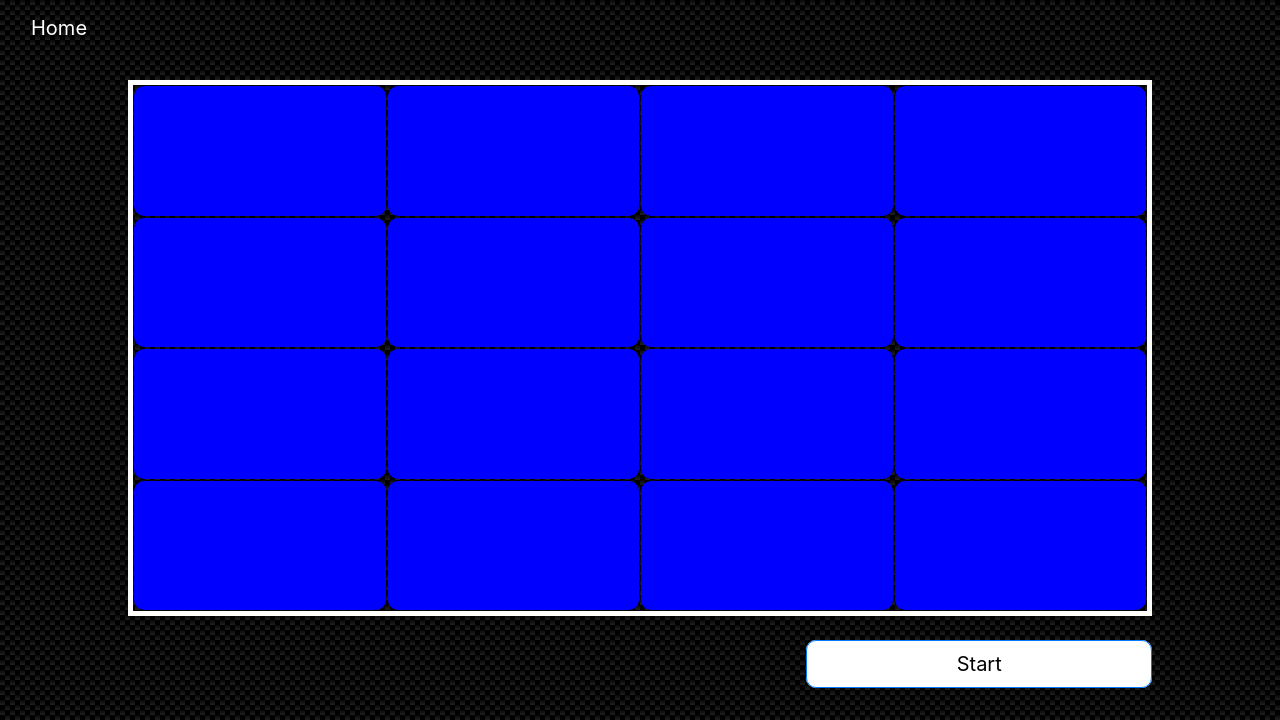
Repository: chrisrees85/memory-block
Page: medium.html
The author's editor kept a record of every edit. The page is drawn from the files as they stood at one moment, then again after the next edit.
The browser window is 1280 px wide. The pictures show the whole page.

Above is the page before.

### medium.html
<!DOCTYPE html>
<html lang="en">

<head>
    <meta charset="UTF-8">
    <meta name="viewport" content="width=device-width, initial-scale=1.0">
    <meta http-equiv="X-UA-Compatible" content="ie=edge">
    <title>Memory Block</title>
    <link rel="stylesheet" href="https://stackpath.bootstrapcdn.com/bootstrap/4.3.1/css/bootstrap.min.css" integrity="sha384-ggOyR0iXCbMQv3Xipma34MD+dH/1fQ784/j6cY/iJTQUOhcWr7x9JvoRxT2MZw1T" crossorigin="anonymous">
    <link rel="stylesheet" href="assets/css/style.css" type="text/css" />
</head>

<body>
    <div class="container-fluid">
        <nav class="navbar navbar-dark bg-dark">
                        <a class="navbar-brand" href="index.html">Home</a>
        </nav>
    </div>
    </br>
        <div class="container board">
            <div class="row">
                <div class="col tiles blue"></div>
                <div class="col tiles blue"></div>
                <div class="col tiles blue"></div>
                <div class="col tiles blue"></div>
            </div>
            <div class="row">
                <div class="col tiles blue"></div>
                <div class="col tiles blue"></div>
                <div class="col tiles blue"></div>
                <div class="col tiles blue"></div>

            </div>
            <div class="row">
                <div class="col tiles blue"></div>
                <div class="col tiles blue"></div>
                <div class="col tiles blue"></div>
                <div class="col tiles blue"></div>

            </div>
            <div class="row">
                <div class="col tiles blue"></div>
                <div class="col tiles blue"></div>
                <div class="col tiles blue"></div>
                <div class="col tiles blue"></div>

            </div>
        </div>
        </br>
        <div class="row btn-right">

            <div id="btn"></div>

        </div>
    </div>

    <div class="modal fade" id="exampleModal" tabindex="-1" role="dialog" aria-labelledby="exampleModalLabel" aria-hidden="true">
        <div class="modal-dialog" role="document">
            <div class="modal-content">
                <div class="modal-header">
                    <h5 class="modal-title" id="modal-head"></h5>
                </div>
                <div class="modal-body" id='modal-text'>
                </div>
                <div class="modal-footer">
                    <div id="modal-btn1"></div>
                    <div id="modal-btn2"></div>
                </div>
            </div>
        </div>
    </div>


    <script src="https://code.jquery.com/jquery-3.3.1.slim.min.js" integrity="sha384-q8i/X+965DzO0rT7abK41JStQIAqVgRVzpbzo5smXKp4YfRvH+8abtTE1Pi6jizo" crossorigin="anonymous"></script>
    <script src="https://cdnjs.cloudflare.com/ajax/libs/popper.js/1.14.7/umd/popper.min.js" integrity="sha384-UO2eT0CpHqdSJQ6hJty5KVphtPhzWj9WO1clHTMGa3JDZwrnQq4sF86dIHNDz0W1" crossorigin="anonymous"></script>
    <script src="https://stackpath.bootstrapcdn.com/bootstrap/4.3.1/js/bootstrap.min.js" integrity="sha384-JjSmVgyd0p3pXB1rRibZUAYoIIy6OrQ6VrjIEaFf/nJGzIxFDsf4x0xIM+B07jRM" crossorigin="anonymous"></script>
    <script type="text/javascript" src="assets/js/scripts.js"></script>
</body>

</html>

### assets/css/style.css
* {
  padding: 0;
  margin: 0;
  box-sizing: border-box;
}

body {
  background-color: rgb(32, 32, 32);
  background-image: linear-gradient(45deg, black 25%, transparent 25%, transparent 75%, black 75%, black), linear-gradient(45deg, black 25%, transparent 25%, transparent 75%, black 75%, black), linear-gradient(to bottom, rgb(8, 8, 8), rgb(32, 32, 32));
  background-size: 10px 10px, 10px 10px, 10px 5px;
  background-position: 0px 0px, 5px 5px, 0px 0px;
}

h1, p{
  color:white;
}

.navbar-dark{
  background-color: rgba(0,0,0,0)!important;
}

.center {
  text-align: center;
}

.btn-lg{
  width:60vw;
  margin:auto;
  border-radius: 10px;
}

.board {
  width: 80vw;
  height:calc(72vh + 18px);
  margin: auto;
  border:5px solid white;
}

.tiles {
  background-color: rgba(255,255,255,0.5);
  height: 18vh;
  border-radius: 10px;
  margin: 1px;
}

.btn-right {
  margin-right: 10vw;
  float: right;
}

#btn,
#play-btn {
  width: 27vw;
  border-radius: 10px;
  background-color: white;
  color:black;
}

.blue{
  background-color: blue;
  transform: rotateY(-0deg);
  transition: transform 0.5s;
}

.green {
  background-color: green;
  transform: rotateY(180deg);
  transition: transform 0.5s;
}

.modal-dialog {
  padding-top: 200px;
}

### assets/js/scripts.js
let blocks = Array.from(document.querySelectorAll('.block'));
let buttonDiv = document.getElementById('btn');
let blocksLength = blocks.length;
let score = 0;

// First function of the play button

function startButton() {
    buttonDiv.innerHTML = '<button type="button" class="btn btn-primary btn-lg" id="play-btn" onclick="onClick();">Start</button>';
}
startButton();

// Function performs when first button function is pressed

function onClick() {
    // Renders the button inactive so the user can't keep calling onClick function
    buttonDiv.innerHTML = '<button type="button" class="btn btn-primary btn-lg" id="play-btn">Start</button>';

    // Countdown timer shown in the button text
    // Once time is up the buttons function changes to check users attempt
    let timeleft = 5;
    let countdownTimer = setInterval(function() {
        buttonDiv.innerHTML = '<button type="button" class="btn btn-primary btn-lg" id="play-btn"></button>';
        document.getElementById('play-btn').textContent = timeleft;
        timeleft -= 1;
        if (timeleft < 0) {
            clearInterval(countdownTimer);
            buttonDiv.innerHTML = '<button type="button" class="btn btn-primary btn-lg" id="play-btn" onclick="checkAttempt();" data-toggle="modal" data-target="#exampleModal">Check</button>';
        }
    }, 1000);

    // Shuffles the blocks array into a random order
    let i = blocksLength,
        rand, temp;
    while (--i > 0) {
        rand = Math.floor(Math.random() * (i + 1));
        temp = blocks[rand];
        blocks[rand] = blocks[i];
        blocks[i] = temp;
    }

    // Selects half of the shuffled array and adds the color class
    let bottomHalfblocks = blocks.slice(blocksLength / 2, blocksLength);
    bottomHalfblocks.forEach(function(i) {
        i.classList.replace('blue', 'green');
    });

    // Replaces the color class with an unused class after 6 seconds
    function clearBoard() {
        bottomHalfblocks.map(function(i) {
            i.classList.replace('green', 'blue');
            i.classList.add('marker')
        });
    }
    setTimeout(clearBoard, 6000);
    console.log(blocks);

    // Activates the users ability to click and change the block color 6 seconds after the start button is pressed
    function allowUserClick() {
        blocks.forEach(function(i) {
            i.addEventListener('click', tileClicked);
        });

        function tileClicked() {
            this.classList.toggle('green');
            this.classList.toggle('blue');
        }
    }
    setTimeout(allowUserClick, 6000);
}

let modalBtn1 = document.getElementById('modal-btn1');
let modalBtn2 = document.getElementById('modal-btn2');
// Function checks the users answers on clicking the check button and displays a modal
function checkAttempt() {

    // Loops through the blocks array and increments 1 to the score if a condition is true
    function checkClasses() {
        blocks.forEach(function(it) {
            if ((it.classList.contains('marker')) && (it.classList.contains('green'))) {
                score++;
            }
            else if ((it.classList.contains('green')) && !(it.classList.contains('marker'))) {
                score = blocksLength;
            }
        });
    }
    checkClasses();

    // Modal either gives a yes or no answer as to whether the user has succeeded
    if (score == blocksLength / 2) {
        document.getElementById('modal-head').textContent = ('CONGRATULATIONS!');
        document.getElementById('modal-text').textContent = ('You did it! why not do it again');
        modalBtn1.innerHTML = '<button type="button" class="btn btn-primary" onclick="location.reload();">New Game</button>';
        modalBtn2.innerHTML = '';
    }
    else {
        document.getElementById('modal-head').textContent = ('SORRY NOT THIS TIME!');
        document.getElementById('modal-text').textContent = ('See why and try again');
        modalBtn1.innerHTML = '<button type="button" class="btn btn-primary" data-dismiss="modal" onclick="reveal();">Reveal</button>';
        modalBtn2.innerHTML = '<button type="button" class="btn btn-primary" data-dismiss="modal" onclick="retry();">Try Again</button>';
    }
    // resets the score to 0 to keep the users attempt accurate
    score = 0;
}

function retry() {
    blocks.forEach(function(it) {
        if (it.classList.contains('green')) {
            it.classList.replace('green', 'blue');
        }
    });
}

// Replaces green class with blue class
function reveal() {
    buttonDiv.innerHTML = '<button type="button" class="btn btn-primary btn-lg" id="play-btn" onclick="location.reload();">New Game</button>';
    blocks.forEach(function(it) {
        if ((it.classList.contains('green')) && !(it.classList.contains('marker'))) {
            it.classList.replace('green', 'blue');
        }
        else if (!(it.classList.contains('green')) && (it.classList.contains('marker'))) {
            it.classList.replace('blue', 'green');
        }
    });
}

After the next edit:
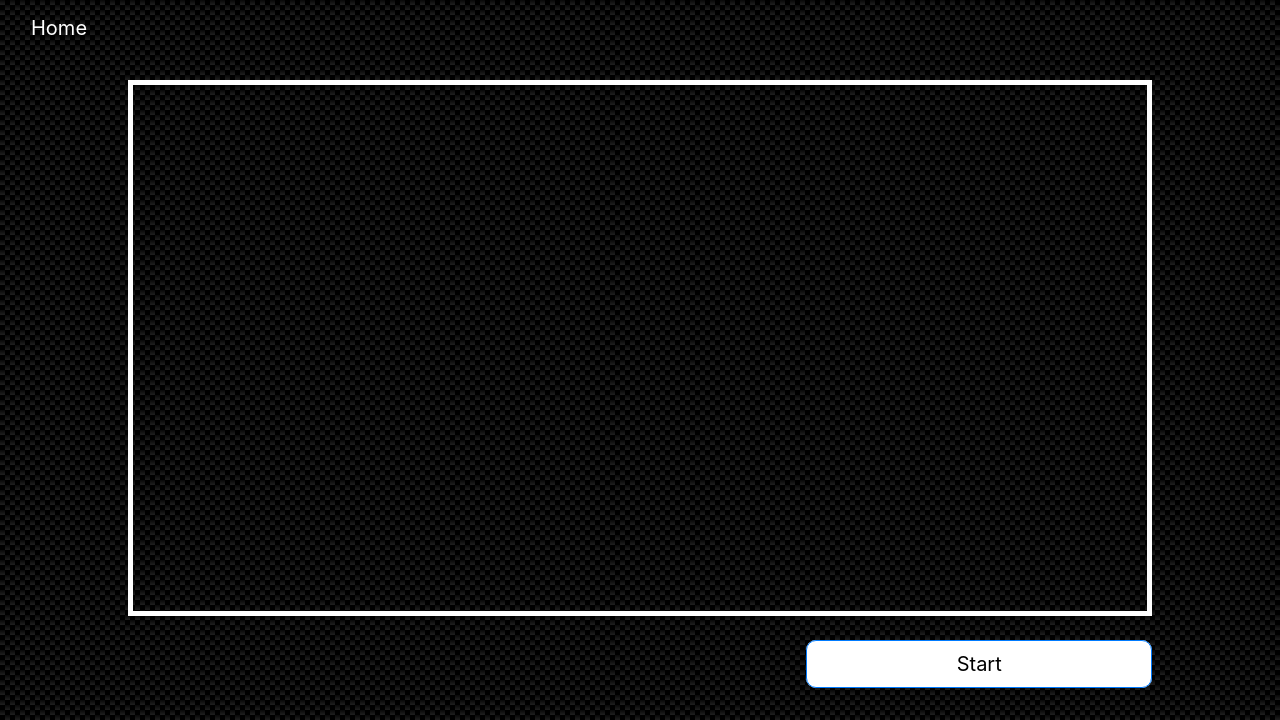
The edit:
--- a/medium.html
+++ b/medium.html
@@ -19,30 +19,30 @@
     </br>
         <div class="container board">
             <div class="row">
-                <div class="col tiles blue"></div>
-                <div class="col tiles blue"></div>
-                <div class="col tiles blue"></div>
-                <div class="col tiles blue"></div>
+                <div class="col block blue"></div>
+                <div class="col block blue"></div>
+                <div class="col block blue"></div>
+                <div class="col block blue"></div>
             </div>
             <div class="row">
-                <div class="col tiles blue"></div>
-                <div class="col tiles blue"></div>
-                <div class="col tiles blue"></div>
-                <div class="col tiles blue"></div>
+                <div class="col block blue"></div>
+                <div class="col block blue"></div>
+                <div class="col block blue"></div>
+                <div class="col block blue"></div>
 
             </div>
             <div class="row">
-                <div class="col tiles blue"></div>
-                <div class="col tiles blue"></div>
-                <div class="col tiles blue"></div>
-                <div class="col tiles blue"></div>
+                <div class="col block blue"></div>
+                <div class="col block blue"></div>
+                <div class="col block blue"></div>
+                <div class="col block blue"></div>
 
             </div>
             <div class="row">
-                <div class="col tiles blue"></div>
-                <div class="col tiles blue"></div>
-                <div class="col tiles blue"></div>
-                <div class="col tiles blue"></div>
+                <div class="col block blue"></div>
+                <div class="col block blue"></div>
+                <div class="col block blue"></div>
+                <div class="col block blue"></div>
 
             </div>
         </div>
